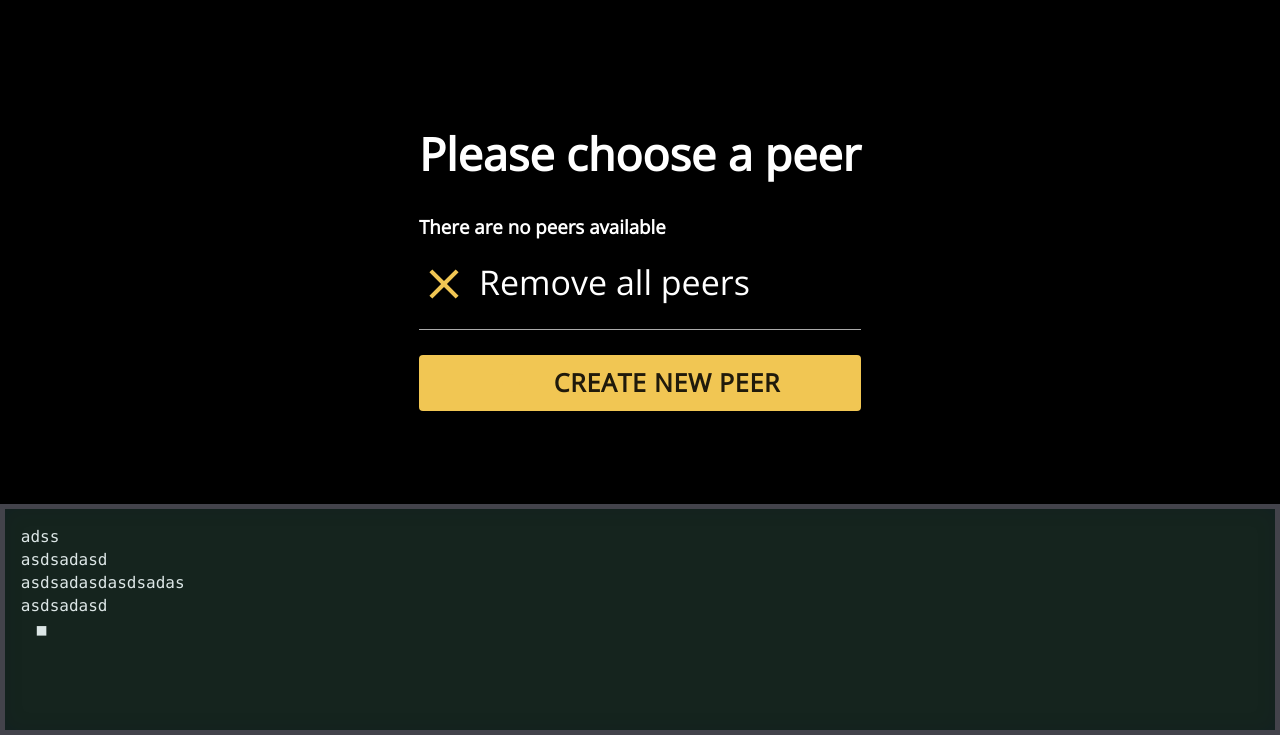
Repository: Bachdz/ASAP-Gui-Frontend
Page: /login
The author's editor kept a copy of each file at every save. The page is drawn from the files as they stood at one save, then again after the next save.
The browser window is 1280 px wide. The pictures show the whole page.
The page's requests for data from a server got no answer. The project was rebuilt for these pictures with package versions that can differ from the ones it lists, and the page was loaded fresh each time. No one was signed in, and anything a server would have sent is missing. Also part of the build but not shown: src/css/loginscreen/Peer.css, src/components/fragments/Footer.js, src/components/mainscreen/subcomponents/Apps.js, src/css/mainscreen/Main.css, src/components/mainscreen/Main.js.

Above is the page before, as saved 2020-12-16 20:31:47.

After the next save:
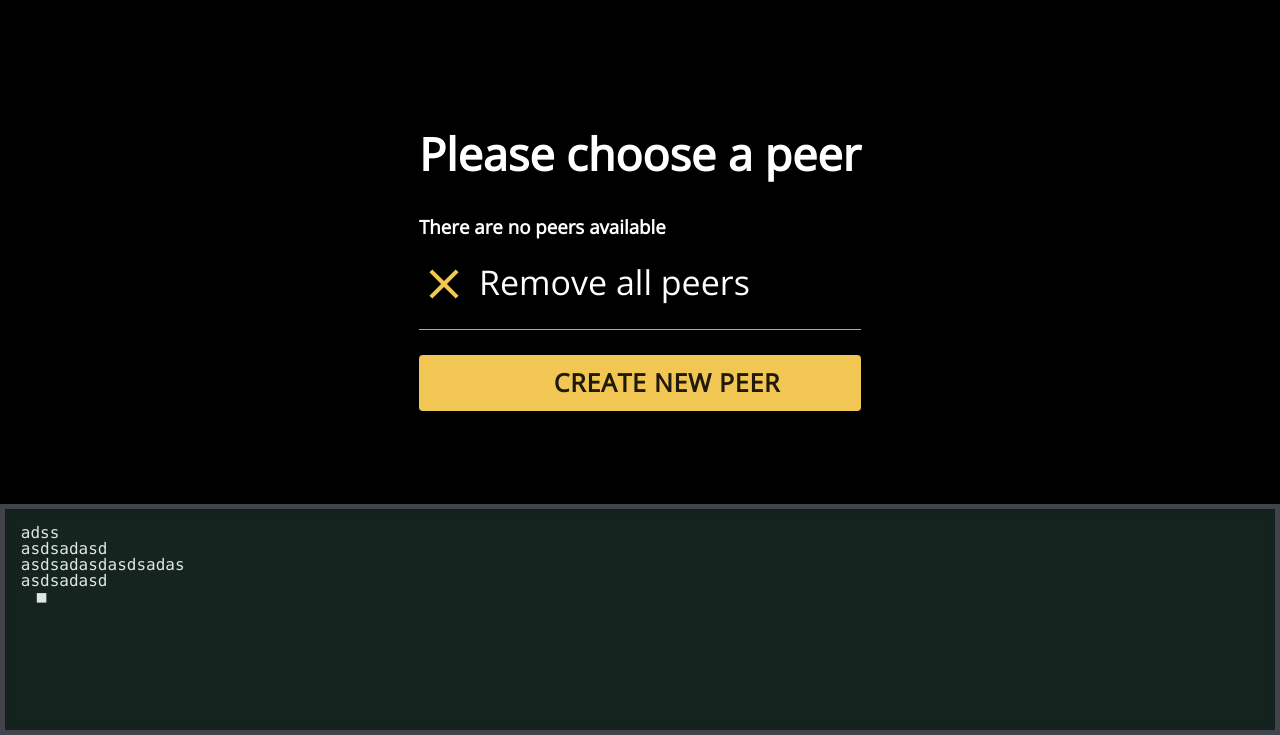
Saved 7 s later.
--- a/src/css/Terminal.css
+++ b/src/css/Terminal.css
@@ -90,7 +90,7 @@
     margin: 0 auto;
     font-family: Monaco, Consolas, "Lucida Console", monospace;
     padding: 1em 1em 2.5em 1em;
-    line-height: 1.45;
+    line-height: 1;
     position: relative;
     direction:  initial;
 }
